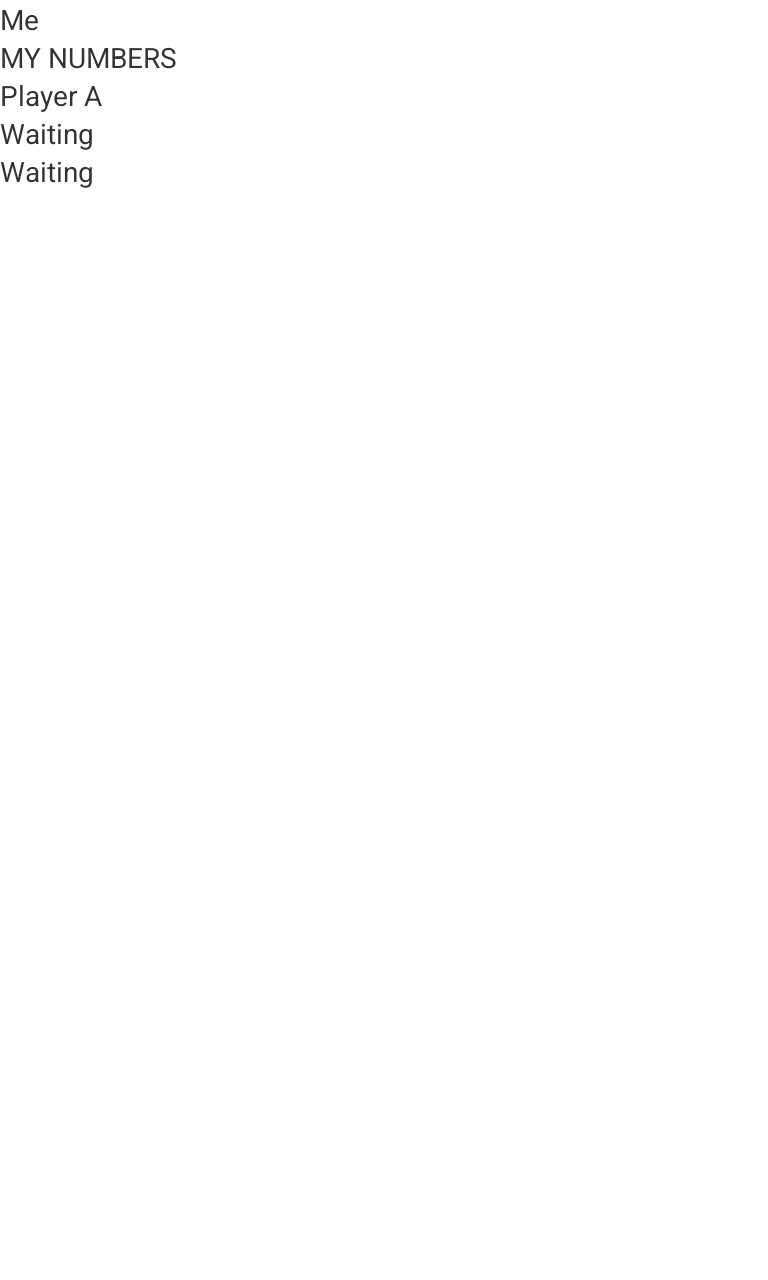
Repository: RayyLim/LiarPoker
Layout: LiarPoker/res/layout/gameroom_main.xml
These files come from the project's save history. The layout is drawn as it stood at one moment and after the next save; the edit follows.
It is drawn on a 768 x 1280 px phone screen (xhdpi) without system bars, with theme AppTheme; the app's code is not run.

Above is the layout before, as saved 2012-07-22 04:09:21.

After the next save:
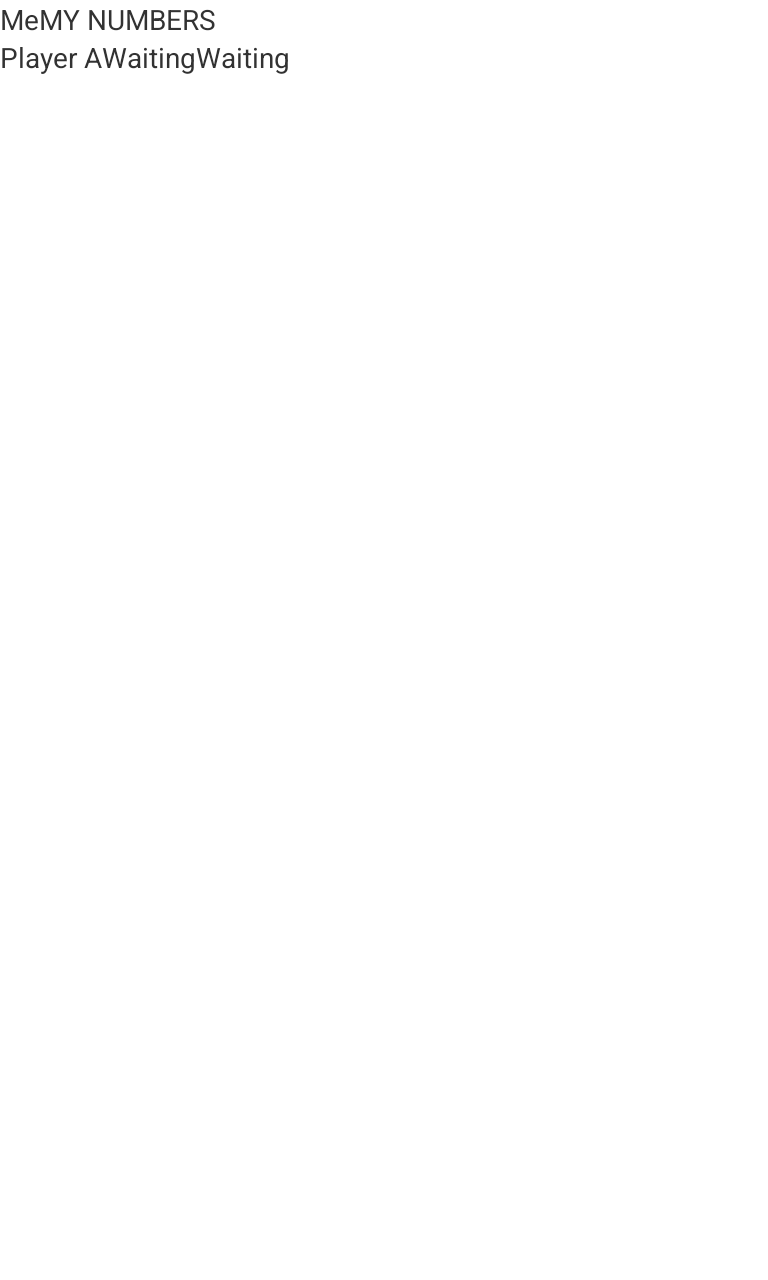
Saved 70 s later.
--- a/LiarPoker/res/layout/gameroom_main.xml
+++ b/LiarPoker/res/layout/gameroom_main.xml
@@ -11,7 +11,17 @@
     android:orientation="horizontal"
     >
     -->
-            <TextView
+
+    <!--
+    </LinearLayout>-->
+
+
+
+
+                <LinearLayout
+                    android:layout_width="match_parent"
+                    android:layout_height="wrap_content" >
+                                <TextView
         android:id="@+id/meLabel"
         android:layout_width="wrap_content"
         android:layout_height="wrap_content"
@@ -22,11 +32,12 @@
         android:layout_width="wrap_content"
         android:layout_height="wrap_content"
         android:text="MY NUMBERS" />
-    <!--
-    </LinearLayout>-->
+                </LinearLayout>
 
-
-    <TextView
+                <LinearLayout
+                    android:layout_width="match_parent"
+                    android:layout_height="wrap_content" >
+        <TextView
         android:id="@+id/currentPlayerLabel"
         android:layout_width="wrap_content"
         android:layout_height="wrap_content"
@@ -43,5 +54,6 @@
         android:layout_width="wrap_content"
         android:layout_height="wrap_content"
         android:text="Waiting" />
+                </LinearLayout>
 
 </LinearLayout>
